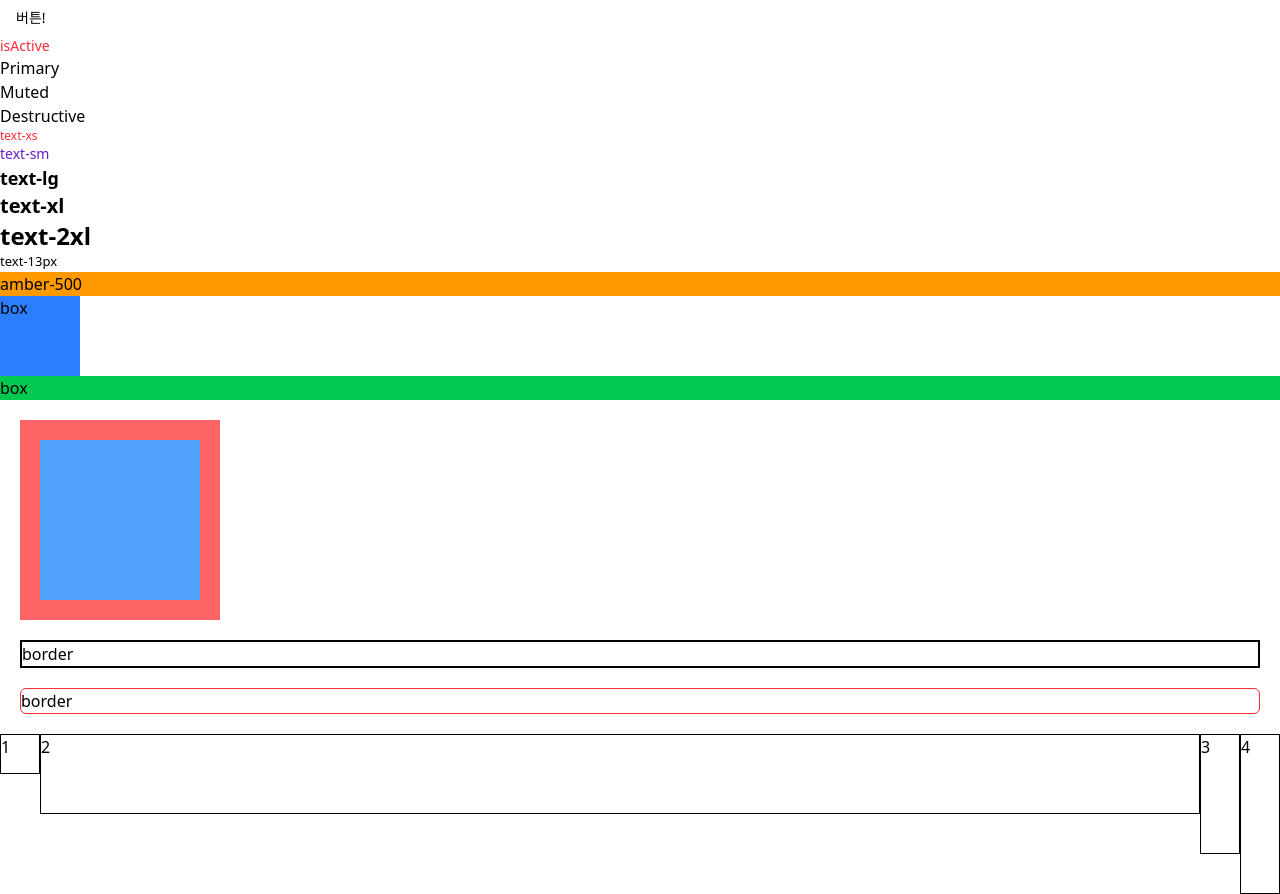
Repository: kkhhjjoo/onebite-tailwind
Page: /
These files come from the project's save history. The page is drawn as it stood at one moment and after the next save; the edit follows.
The browser window is 1280 px wide. The pictures show the whole page.
The project was rebuilt for these pictures with package versions that can differ from the ones it lists, and the page was loaded fresh each time. Also part of the build but not shown: vite.config.ts, src/App.css.

Above is the page before, as saved 2025-12-24 20:42:06.

After the next save:
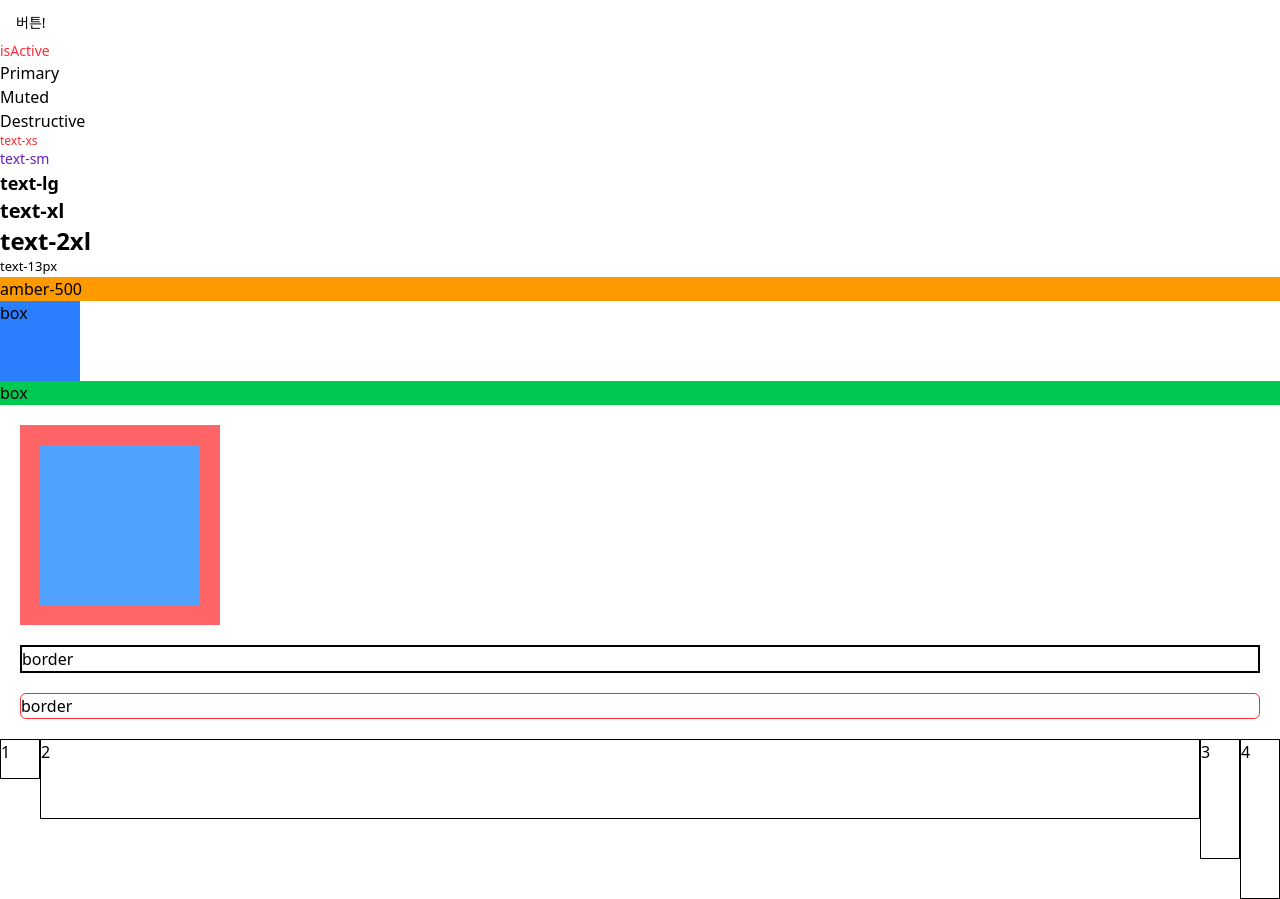
Saved 12 h 2 min later.
--- a/src/App.tsx
+++ b/src/App.tsx
@@ -7,6 +7,7 @@
   return (
     <div>
       <Button>버튼!</Button>
+      <Button variant={"destructive"}></Button>
 
       <div
         className={cn(

After the save that followed:
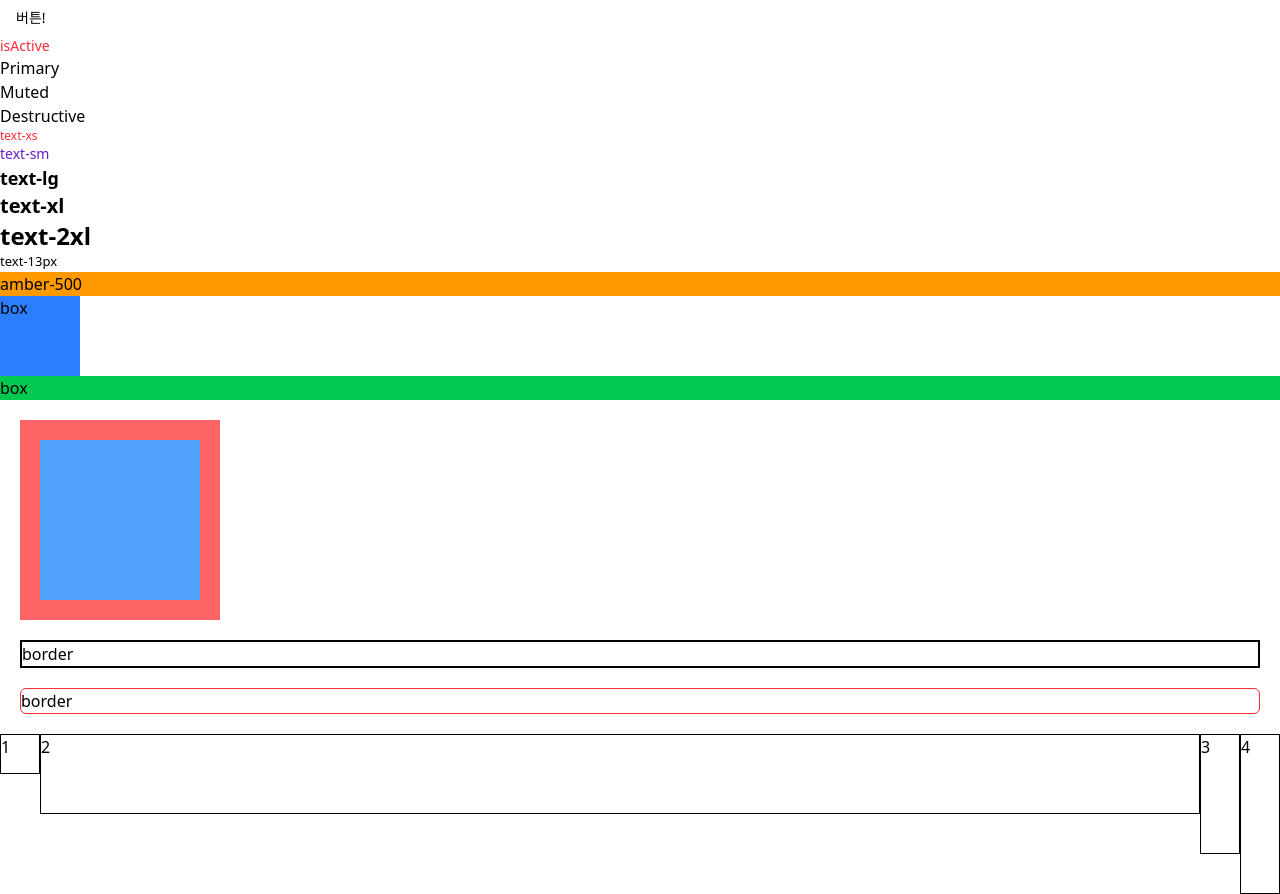
Saved 28 s later.
--- a/src/App.tsx
+++ b/src/App.tsx
@@ -7,7 +7,7 @@
   return (
     <div>
       <Button>버튼!</Button>
-      <Button variant={"destructive"}></Button>
+      <Button variant={"destructive"}>버튼</Button>
 
       <div
         className={cn(
